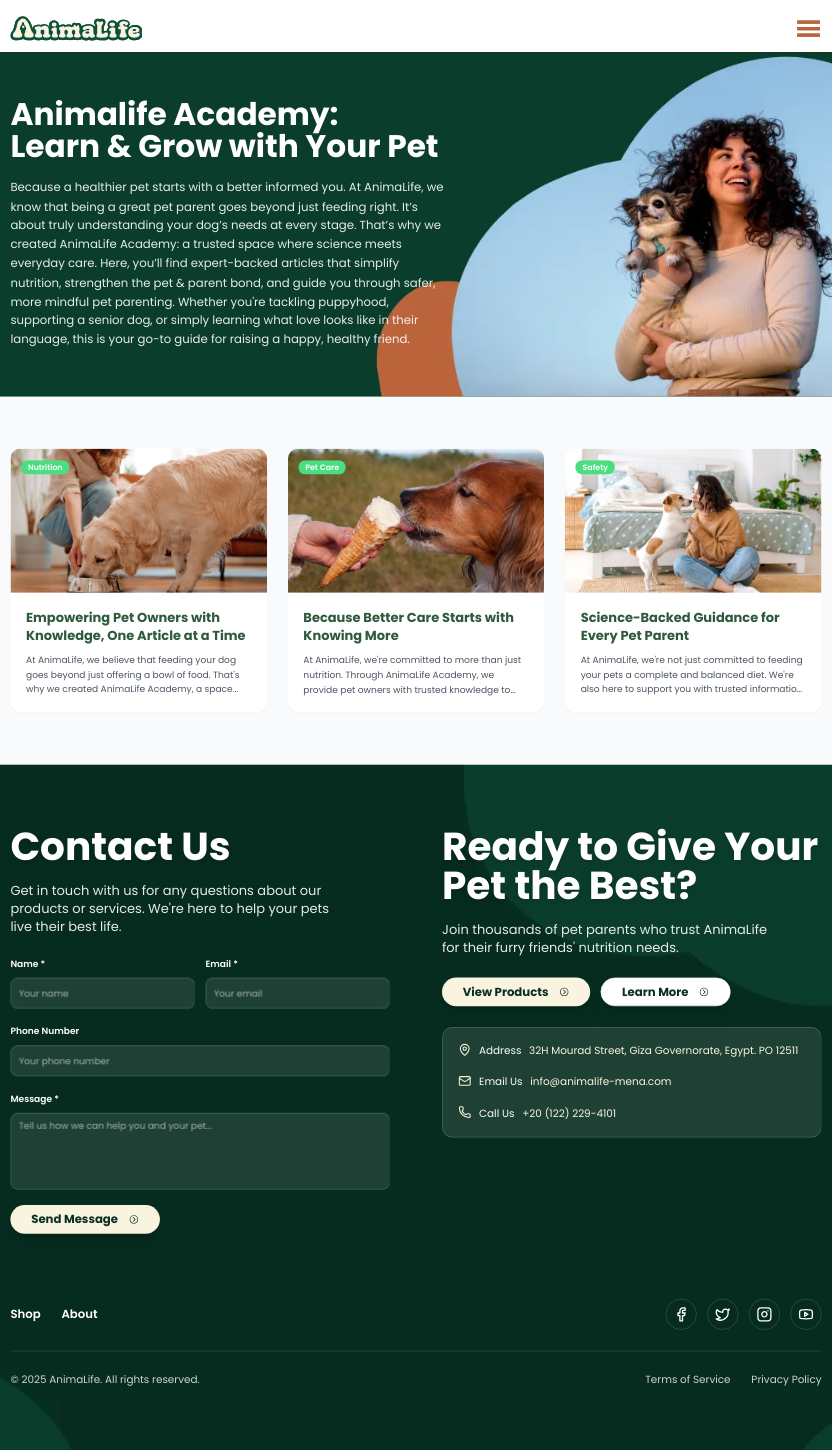
Repository: the-jupiteragency/animalife
Page: /academy
An editor plug-in stored every save of this project. The page is shown before and after the next save, followed by the edit.
The browser window is 1280 px wide. The pictures show the whole page, at 65% of full size.
The project was rebuilt for these pictures with package versions that can differ from the ones it lists, and the page was loaded fresh each time. The framework's server and built-in components were replaced by stand-ins that run in the browser. Also part of the build but not shown: next.config.mjs.

Above is the page before, as saved 2025-08-05 09:33:09.

After the next save:
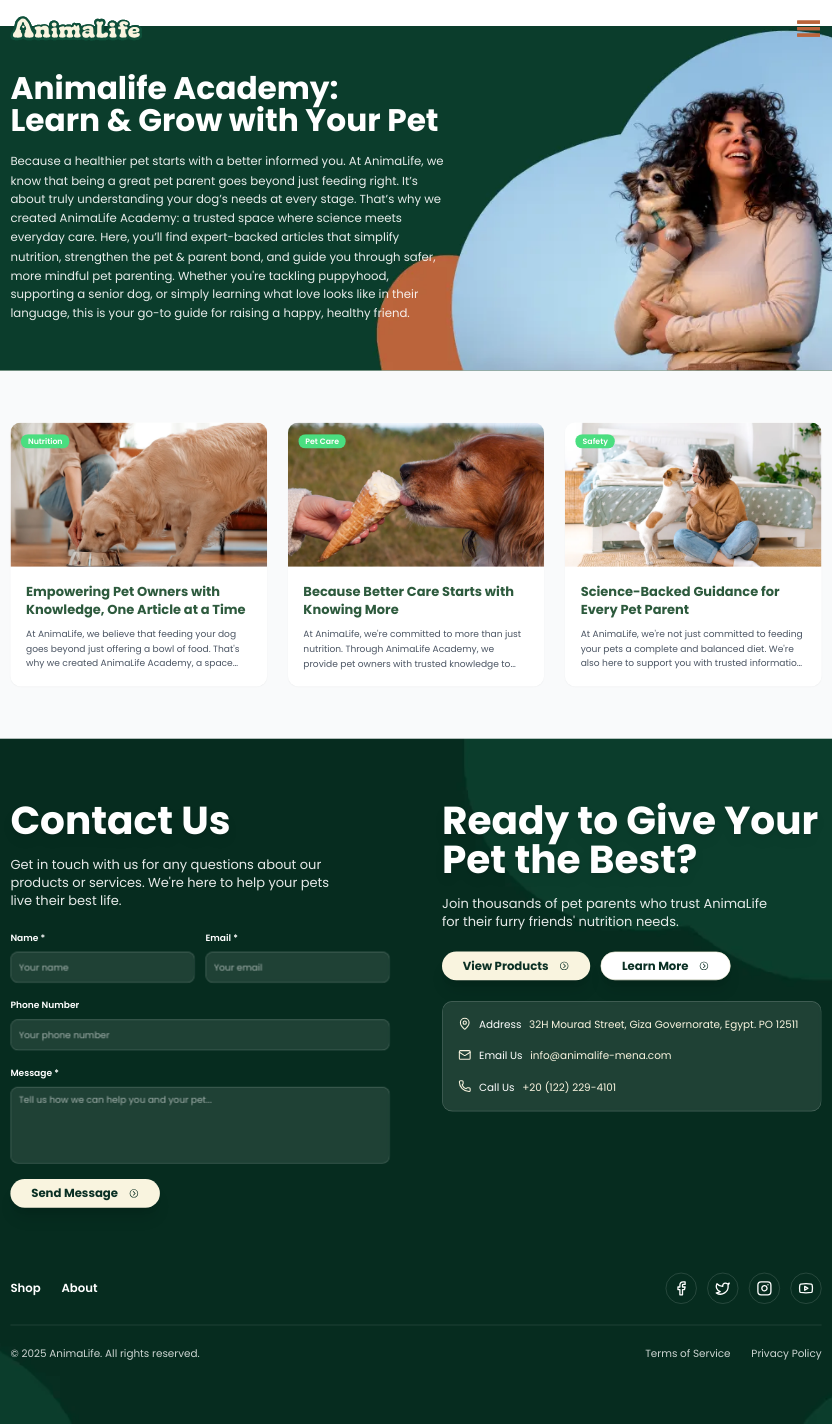
Saved 101 s later.
--- a/app/academy/page.tsx
+++ b/app/academy/page.tsx
@@ -16,7 +16,7 @@
       {/* Header */}
       <Header />
       {/* Add top padding to account for fixed header */}
-      <div className="pt-20">
+      <div className="pt-10">
         {/* Hero Banner Section */}
         <section className="relative h-[530px] bg-[#2d5a3d] overflow-hidden">
           <div className="absolute inset-0">
